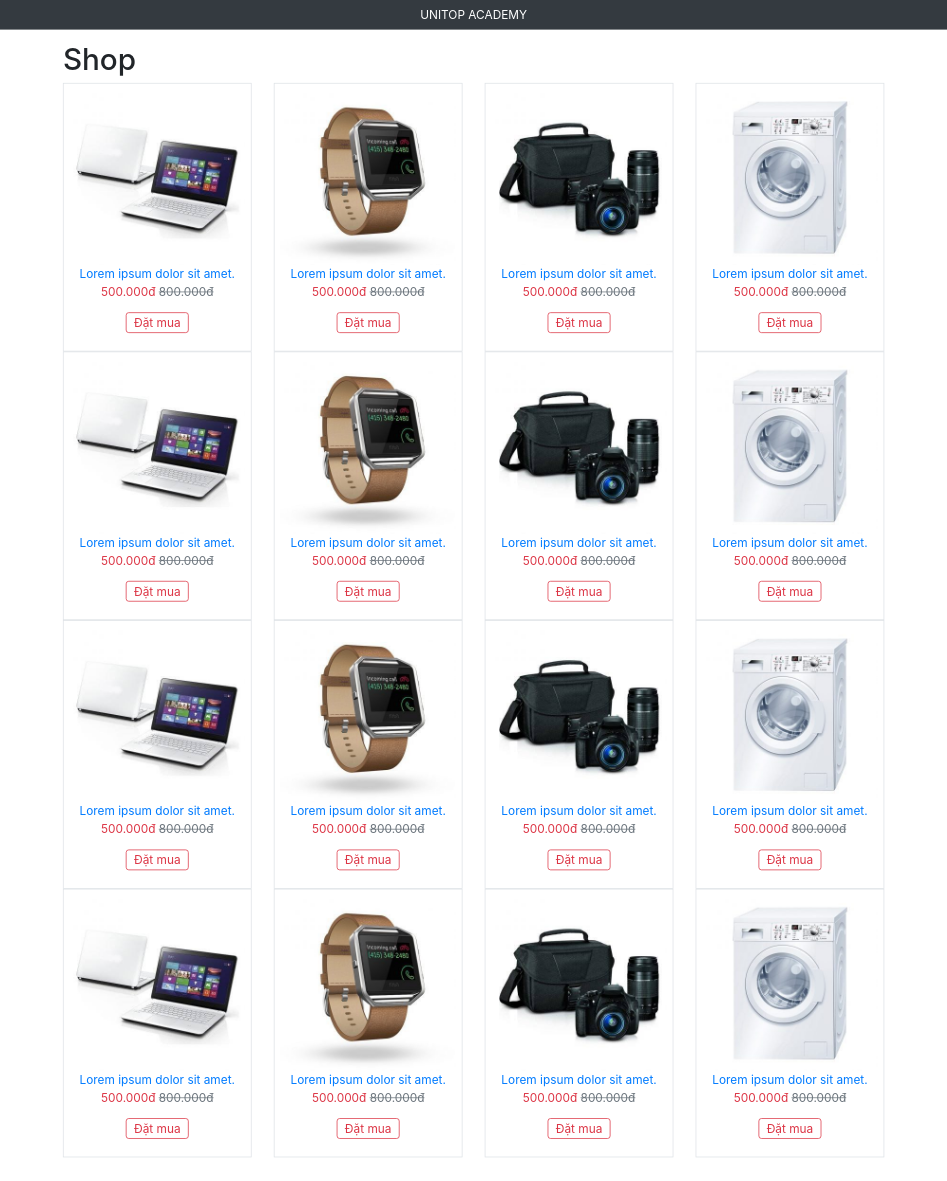
Repository: anhtu2110/front_end
Page: lesson/bootstrap/box/4.13.ex-box.html
The author's editor kept a copy of each file at every save. The page is drawn from the files as they stood at one save, then again after the next save.
The browser window is 1280 px wide. The pictures show the whole page, at 74% of full size.

Above is the page before, as saved 2022-12-02 15:47:12.

After the next save:
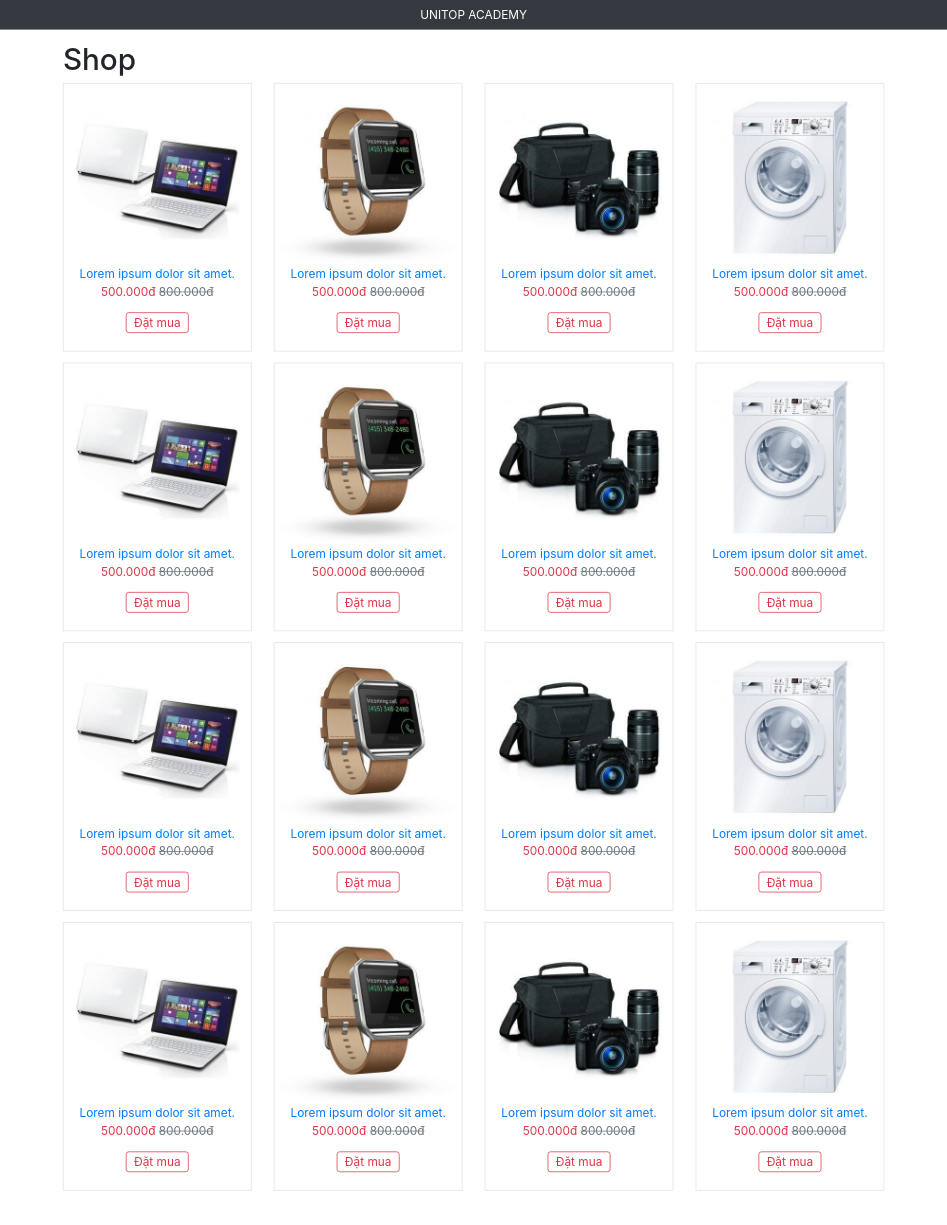
Saved 16 s later.
--- a/lesson/bootstrap/box/4.13.ex-box.html
+++ b/lesson/bootstrap/box/4.13.ex-box.html
@@ -22,7 +22,7 @@
       button.ordered:hover > a {
         color: white !important;
       }
-      .col-md-3 {
+      .col-lg-3 {
         margin-bottom: 15px;
       }
       ul.list_product li {
